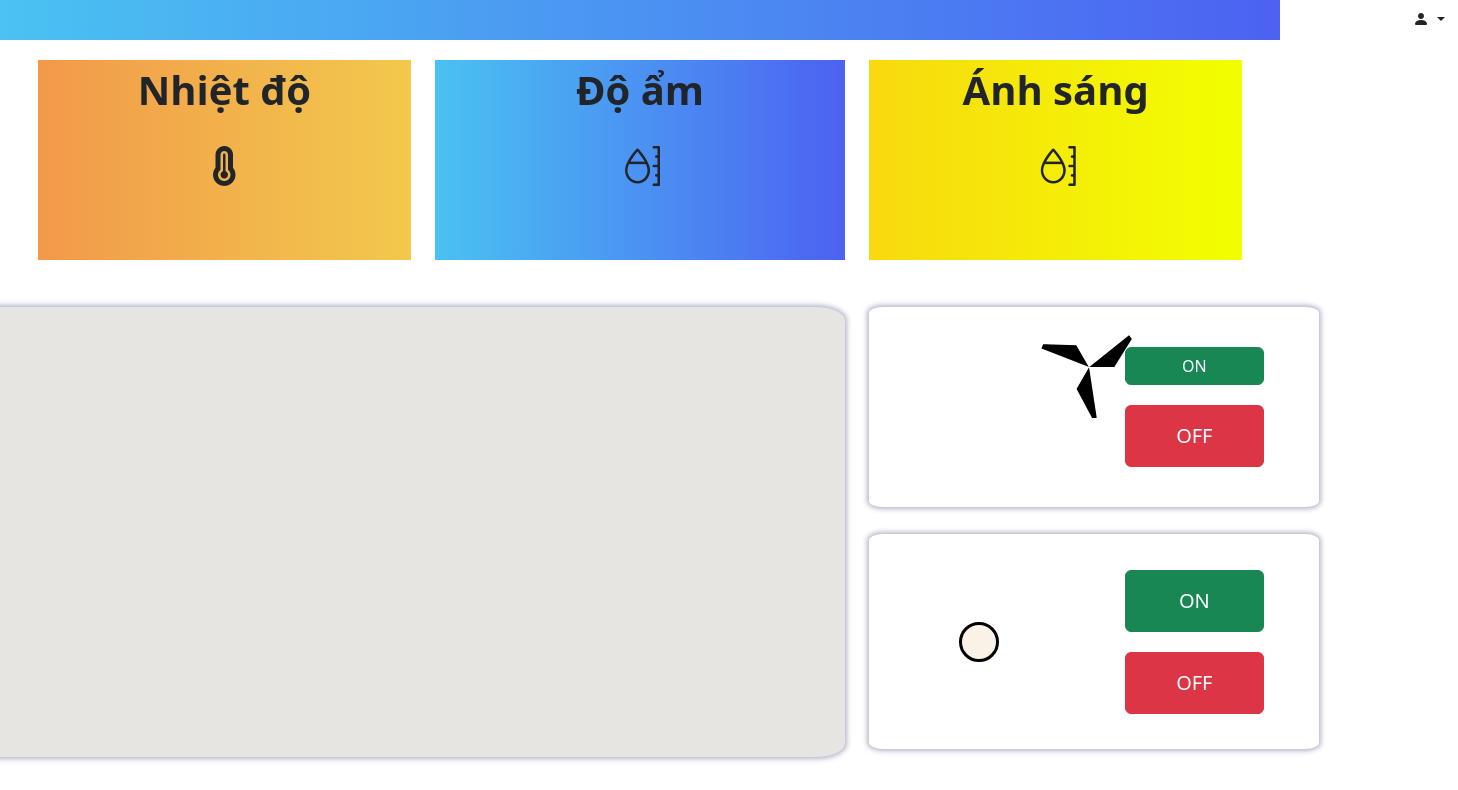
Repository: ndmq03102002/BTL_IOT
Page: Fontend_IOT/iot/index.html
These files come from the project's save history. The page is drawn as it stood at one moment and after the next save; the edit follows.
The browser window is 1280 px wide. The page is 1458 px wide, so the pictures cover 1458 px, including what lies to the right of the window. The pictures show the whole page.
Some web libraries are served in a nearby version.

Above is the page before, as saved 2023-09-07 09:41:55.

### Fontend_IOT/iot/index.html
<!DOCTYPE html>
<html lang="en">
<head>
    <meta charset="UTF-8">
    <meta name="viewport" content="width=device-width, initial-scale=1.0">
    <title>Document</title>
    <link rel="stylesheet" href="style.css">
    <link rel="stylesheet" href="bootstrap/css/bootstrap.css">
    <link rel="stylesheet" href="assets/fonts/fontawesome/css/fontawesome-all.min.css">
    <script src="https://cdnjs.cloudflare.com/ajax/libs/Chart.js/2.9.4/Chart.js"></script>
    <script src="https://kit.fontawesome.com/1be2f108e2.js" crossorigin="anonymous"></script>
    <link rel="stylesheet" href="https://cdn.jsdelivr.net/npm/bootstrap-icons@1.10.5/font/bootstrap-icons.css">
    <link rel="stylesheet" href="https://cdnjs.cloudflare.com/ajax/libs/font-awesome/6.0.0/css/all.min.css" integrity="sha512-9usAa10IRO0HhonpyAIVpjrylPvoDwiPUiKdWk5t3PyolY1cOd4DSE0Ga+ri4AuTroPR5aQvXU9xC6qOPnzFeg==" crossorigin="anonymous" referrerpolicy="no-referrer" />

</head>
<header style="width: 100%; height: 40px; margin :auto;background: linear-gradient(to right, #4ac2f2, #4c62f2)">

    <div class="col-sm-12">
        <div class="btn-group" style=" margin-left: 1300px;  ">
            <a class="btn btn-white dropdown-toggle" style="border-radius: 0%;display: block; margin-left: 100px;" href="#" role="button" data-bs-toggle="dropdown" aria-expanded="false">
                <i class="bi bi-person-fill"></i>
              </a>
            <ul class="dropdown-menu">
                <li><a href="javascript:" class="dropdown-item"><i class="bi bi-person"></i> MSV: B20DCCN064</a></li>
                <li><a href="javascript:" class="dropdown-item"><i class="bi bi-phone"></i> Phone: 0399602556</a></li>
                <li><a href="message.html" class="dropdown-item"><i class="bi bi-envelope"></i> Email: Caibutchi2672gmail.com</a></li>
            </ul>
          </div>
</header>
<body>
     <div  style="background-color:white;height:700px; margin-bottom: 50px;">
        <div class="row">
            <div  class="col-sm-4 col-pd"style="padding-left: 50px;" >
                <div class="khoi1 khoi-size">
                        <p >Nhiệt độ</p>
                        <p style="display: inline; " class="count1"></p>
                        <span><i class='fa-solid fa-temperature-full'></i></span>

                </div>
            </div>
            <div class="col-sm-4 col-pd">
                <div class="khoi2 khoi-size">
                    <p> Độ ẩm</p>
                    <p style="display: inline;" class="count2"></p>
                    <span> <i class="bi bi-moisture"></i></span>
                </div>
            </div>
            <div class="col-sm-4 col-pd" style="padding-right: 50px;">
                <div class="khoi3 khoi-size">
                    <p>Ánh sáng</p>
                    <p style="display: inline;" class="count3"></p>
                    <span> <i class="bi bi-moisture"></i></span>
                </div>
            </div>
            <div class="col-sm-8 " >
                <div class="khoi" style="height: 450px;width: 950px; float:right">
                    <canvas id="myChart" style="border-radius: 3%; width:100%;height: 100%;background-color: rgb(231, 229, 226);"></canvas>
                </div>
            </div>
            <div class="col-sm-4 ">
                <div class="khoi khoiii" style=" background-color: white; height: 200px; width: 450px; float: left; display: flex; justify-content: center; align-items: center;">
                    <div class="fan">
                        <div class="blade blade-1"></div>
                        <div class="blade blade-2"></div>
                        <div class="blade blade-3"></div>
                        <div class="stand"></div>
                    </div>
                    <div class="button" style="margin: auto;">
                        <button class="btn btn-success " onclick="OnFan()" >ON</button>
                         <button class="btn btn-danger " onclick="OffFan()" style="margin-top: 20px; --bs-btn-padding-y: 15px; --bs-btn-padding-x: 50px; --bs-btn-font-size: 20px;">OFF</button>

                    </div>

                </div>
                <div class="khoi " style="background-color: white; margin-bottom: 20px; height: 215px; width: 450px; float: left; display: flex; justify-content: center; align-items: center;">
                    <div class="light" >
                        <div class="light-bulb" > </div>
                    </div>
                    <div class="button"  style="margin: auto;">
                        <button class="btn btn-success " onclick="OnLight()" style="--bs-btn-padding-y: 15px; --bs-btn-padding-x: 50px; --bs-btn-font-size: 20px; ">ON</button>
                         <button class="btn btn-danger " onclick="OffLight()" style="margin-top: 20px; --bs-btn-padding-y: 15px; --bs-btn-padding-x: 50px; --bs-btn-font-size: 20px;">OFF</button>

                    </div>

                </div>
            </div>
        </div>
    </div>
    <p>

    <script src="https://cdn.jsdelivr.net/npm/axios/dist/axios.min.js"></script>
    <script src="js.js"></script>
    <script src="jquery.js"></script>
    <script src="popper.min.js"></script>
    <script src="bootstrap/js/bootstrap.min.js"></script>
</body>
</html>

### Fontend_IOT/iot/style.css
html {
  margin: 0;
  padding: 0;
}

.khoi {
  width: 100%;
  height: 200px;
  margin-right: 0px;
  margin-bottom: 27px;
  background-color: #9fb4d0;

  box-shadow: 0px 0px 5px 2px rgba(97, 95, 151, 0.47);
  border-radius: 3%;
}
.khoi1 {
  width: 100%;
  height: 200px;
  margin-right: 0px;
  margin-bottom: 27px;
  background: linear-gradient(to right, #f2994a, #f2c94c);
}
.khoi2 {
  width: 100%;
  height: 200px;
  margin-right: 0px;
  margin-bottom: 27px;
  background: linear-gradient(to right, #4ac2f2, #4c62f2);
}
.khoi3 {
  width: 100%;
  height: 200px;
  margin-right: 0px;
  margin-bottom: 27px;
  background: linear-gradient(to right, #f8d90f, #f2ff00);
}
.khoii {
  width: 100%;
  height: 500px;
  background-color: black;
}
.abc {
  margin-bottom: 30px;
}
.col-pd {
  padding: 20px;
}
.khoi-size {
  font-size: 40px;
  font-weight: bold;
  text-align: center;
}
.fan {
  width: 200px;
  height: 200px;
  position: relative;
}

.blade {
  width: 0;
  height: 0;
  position: absolute;
  top: 10%;
  left: 110%;
  transform-origin: 0 50%;
  background-color: #000000;
  border-radius: 50%;
}

.blade-1 {
  width: 50px;
  height: 80px;
  clip-path: polygon(0 50%, 100% 0, 50% 50%);
  transform: rotate(0deg);
  /* animation: rotateFan1 1s linear infinite; */
}

.blade-2 {
  width: 50px;
  height: 80px;
  clip-path: polygon(0 50%, 100% 0, 50% 50%);
  transform: rotate(120deg);
  /* animation: rotateFan2 1s linear infinite; */
}

.blade-3 {
  width: 50px;
  height: 80px;
  clip-path: polygon(0 50%, 100% 0, 50% 50%);
  transform: rotate(240deg);
  /* animation: rotateFan3 1s linear infinite; */
}

@keyframes rotateFan2 {
  to {
    transform: rotate(480deg);
  }
}
@keyframes rotateFan1 {
  to {
    transform: rotate(360deg);
  }
}
@keyframes rotateFan3 {
  to {
    transform: rotate(600deg);
  }
}
.button {
  display: flex;
  flex-direction: column;
  justify-content: space-between;
}
.light {
  width: 200px;
  height: 200px;
}

.light-bulb {
  width: 40px;
  height: 40px;
  background-color: rgb(251 242 231);
  border: 3px solid #000;
  border-radius: 50%;
  position: relative;
  left: 90px;
  top: 80px;
}
@keyframes bulbLight {
  to {
    border: 5px solid transparent;
    box-shadow: 0 0 30px 50px rgba(255, 255, 0, 0.912);
  }
}

### Fontend_IOT/iot/js.js
let Listbox = document.querySelectorAll(".khoi-size");
let box1 = Listbox[0];
let box2 = Listbox[1];
let box3 = Listbox[2];
// let arrayP = box.getElementsByTagName("p");
// console.log(arrayP[1].innerText);

let countTemp = document.getElementsByClassName(".count1").innerText;
let countHum = document.getElementsByClassName(".count2").innerText;
let countLight = document.getElementsByClassName(".count3").innerText;

let count = 0;

function changeTemp() {
  if (countTemp <= 10) {
    box1.style.backgroundColor = "#9fb4d0";
  } else if (countTemp <= 25) {
    box1.style.backgroundColor = "#3fc848";
  } else if (countTemp <= 35) {
    box1.style.backgroundColor = "#c8b83f";
  } else {
    box1.style.backgroundColor = "#c83f3f";
  }
  if (countTemp > 50) {
    box1.style.backgroundColor = "#fd0606";
  }
}
function changeHum() {
  if (countHum <= 10) {
    box2.style.backgroundColor = "#9fb4d0";
  } else if (countHum <= 25) {
    box2.style.backgroundColor = "#3fc848";
  } else if (countHum <= 35) {
    box2.style.backgroundColor = "#c8b83f";
  } else {
    box2.style.backgroundColor = "#c83f3f";
  }
  if (countHum > 50) {
    box2.style.backgroundColor = "#fd0606";
  }
}
function changeLight() {
  if (countLight <= 10) {
    box3.style.backgroundColor = "#9fb4d0";
  } else if (countLight <= 25) {
    box3.style.backgroundColor = "#3fc848";
  } else if (countLight <= 35) {
    box3.style.backgroundColor = "#c8b83f";
  } else {
    box3.style.backgroundColor = "#c83f3f";
  }
  if (countLight > 50) {
    box3.style.backgroundColor = "#fd0606";
  }
}
function getTempAllData() {
  fetch("http://localhost:8080/Iot/getAllData")
    .then(function (response) {
      return response.json();
    })
    .then(function (posts) {
      const temp = [];
      const hum = [];
      const light = [];
      for (let key of posts) {
        temp.push(key.temperature);
        hum.push(key.humidity);
        light.push(key.light);
      }
      // hiển thị nhiệt độ
      countTemp = document.querySelector(".count1").innerText =
        temp[temp.length - 1];
      countHum = document.querySelector(".count2").innerText =
        hum[hum.length - 1];
      countLight = document.querySelector(".count3").innerText =
        light[light.length - 1];
      console.log("hello");
      changeTemp();
      changeHum();
      changeLight();
      //hiển thị đồ thị
      const xValues = [1, 5, 10, 15, 20, 25, 30, 35, 40, 45];
      type: "line",
        new Chart("myChart", {
          type: "line",
          data: {
            labels: xValues,
            datasets: [
              {
                data: temp,
                borderColor: "red",
                fill: false,
              },
              {
                data: hum,
                borderColor: "green",
                fill: false,
              },
              {
                data: light,
                borderColor: "blue",
                fill: false,
              },
            ],
          },
          options: {
            legend: { display: false },
            scales: {
              yAxes: [
                {
                  ticks: {
                    min: 1, // Giá trị tối thiểu trên trục tung
                    max: 100, // Giá trị tối đa trên trục tung
                    stepSize: 5, // Bước giữa các giá trị
                  },
                },
              ],
            },
          },
        });
    })
    .catch(function (err) {
      console.log(err);
    });
}
function OnFan() {
  const blade1 = (document.querySelector(".blade-1").style.animation =
    "rotateFan1 1s linear infinite");
  const blade2 = (document.querySelector(".blade-2").style.animation =
    "rotateFan2 1s linear infinite");
  const blade3 = (document.querySelector(".blade-3").style.animation =
    "rotateFan3 1s linear infinite");
}
function OffFan() {
  const blade1 = document
    .querySelector(".blade-1")
    .style.removeProperty("animation");
  const blade2 = document
    .querySelector(".blade-2")
    .style.removeProperty("animation");
  const blade3 = document
    .querySelector(".blade-3")
    .style.removeProperty("animation");
}
function OnLight() {
  const light = (document.querySelector(".light-bulb").style.animation =
    "bulbLight 1s linear forwards");
}
function OffLight() {
  const light = document
    .querySelector(".light-bulb")
    .style.removeProperty("animation");
}

Loaded but not shown: Fontend_IOT/iot/bootstrap/css/bootstrap.css (library); Fontend_IOT/iot/jquery.js (library); Fontend_IOT/iot/popper.min.js (library); Fontend_IOT/iot/bootstrap/js/bootstrap.min.js (library)

After the next save:
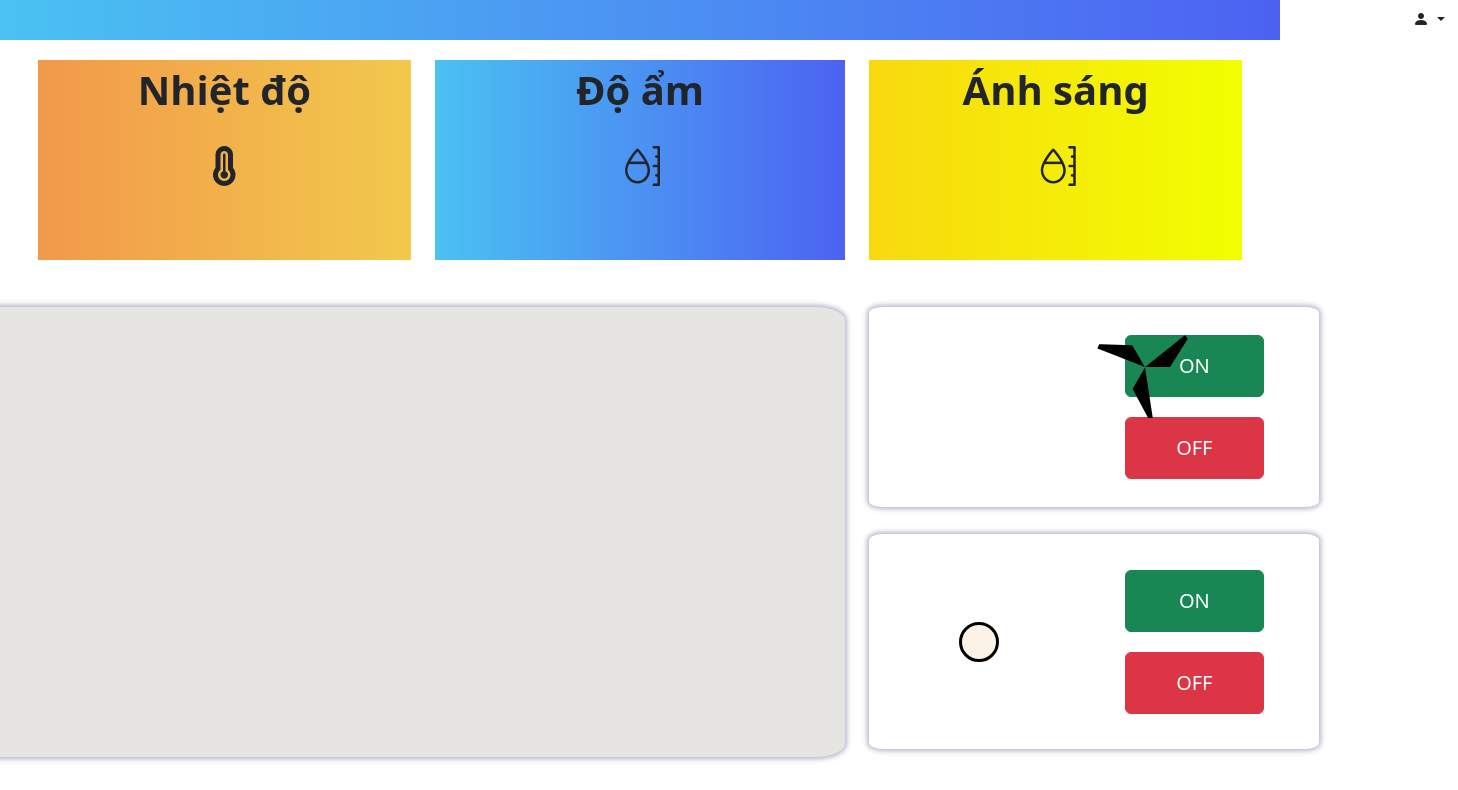
Saved 15 s later.
--- a/Fontend_IOT/iot/index.html
+++ b/Fontend_IOT/iot/index.html
@@ -65,8 +65,8 @@
                         <div class="blade blade-3"></div>
                         <div class="stand"></div>
                     </div>
-                    <div class="button" style="margin: auto;">
-                        <button class="btn btn-success " onclick="OnFan()" >ON</button>
+                    <div class="button" >
+                        <button class="btn btn-success " onclick="OnFan()" style="--bs-btn-padding-y: 15px; --bs-btn-padding-x: 50px; --bs-btn-font-size: 20px; ">ON</button>
                          <button class="btn btn-danger " onclick="OffFan()" style="margin-top: 20px; --bs-btn-padding-y: 15px; --bs-btn-padding-x: 50px; --bs-btn-font-size: 20px;">OFF</button>
 
                     </div>
